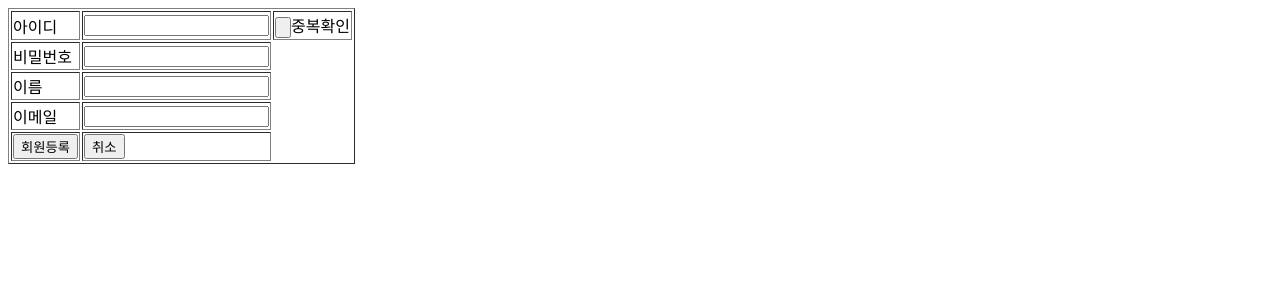
Repository: JungYOsup/Mini_project
Page: http://localhost/EsCape_Room/sign_up_form.jsp
These files come from the project's save history. The page is drawn as it stood at one moment and after the next save; the edit follows.
The browser window is 1280 px wide. The pictures show the whole page.
The page is served by Tomcat 9.

Above is the page before, as saved 2018-01-15 07:36:37.

After the next save:
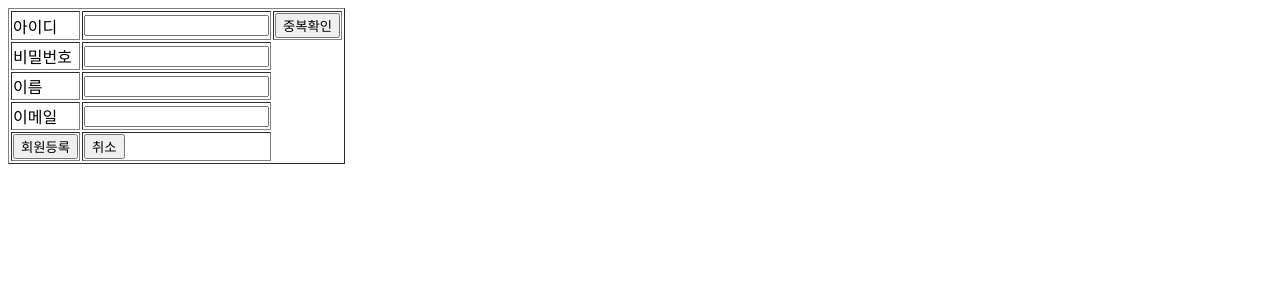
Saved 15 s later.
--- a/EsCape_Room/WebContent/sign_up_form.jsp
+++ b/EsCape_Room/WebContent/sign_up_form.jsp
@@ -20,7 +20,7 @@
 
 	<td>아이디</td>
 	<td><input type="text" name="id" ></td>
-	<td><input type="button">중복확인</td>
+	<td><input type="button" value="중복확인"></td>
 	</tr>
 	<tr>
 
